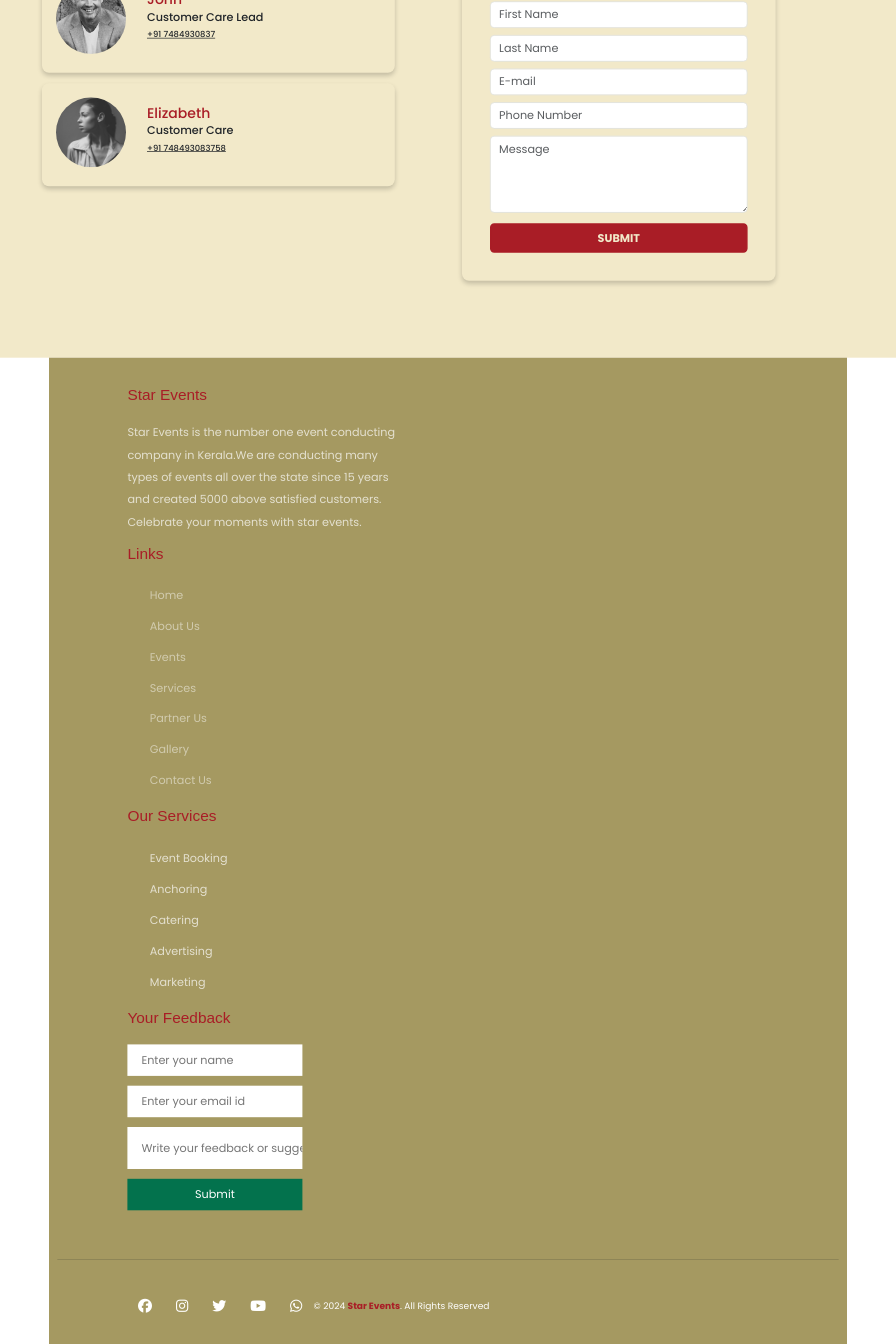
Repository: SharonSebastian32/Event-Management-System-
Page: index.html
The author's editor kept a copy of each file at every save. The page is drawn from the files as they stood at one save, then again after a run of saves.
The browser window is 1280 px wide. The pictures show the part of the page from y = 4490 to 6410 px (the page is 6410 px tall), at 70% of full size.
The pointer rests on the first visible `.footer-col .inputSubmit`.
A picture or video elsewhere on the page could not be fetched, so the positions and the page height are approximate. Some web libraries are served in a nearby version.

Above is the page before, as saved 2024-09-06 12:26:25.
Not found: assets/css/ContactUs.css

### index.html
<!DOCTYPE html>
<html lang="en">
  <head>
    <meta charset="UTF-8" />
    <meta name="viewport" content="width=device-width, initial-scale=1.0" />
    <link rel="icon" type="image/x-icon" href="./Assets/images/aa.png" />
    <title>Star Events</title>
    <link
      rel="stylesheet"
      href="https://cdnjs.cloudflare.com/ajax/libs/font-awesome/5.15.4/css/all.min.css"
    />
    <link rel="stylesheet" href="./Css/Styles.css" />

    <!-- conatct us  style -->
    <link rel="stylesheet" href="/assets/css/ContactUs.css" />
    <link
      href="https://cdn.jsdelivr.net/npm/bootstrap@5.3.0/dist/css/bootstrap.min.css"
      rel="stylesheet"
    />

    <!-- footer link  style   -->
    <link
      rel="stylesheet"
      href="https://cdnjs.cloudflare.com/ajax/libs/font-awesome/6.6.0/css/all.min.css"
      integrity="sha512-Kc323vGBEqzTmouAECnVceyQqyqdsSiqLQISBL29aUW4U/M7pSPA/gEUZQqv1cwx4OnYxTxve5UMg5GT6L4JJg=="
      crossorigin="anonymous"
      referrerpolicy="no-referrer"
    />
  </head>
  <body>
    <!-- hero section start -->
    <nav>
      <div class="nav-container">
        <div class="logo">
          <a href="#home">
            <img src="./Assets/images/aa.png" alt="Event Management Logo" />
          </a>
        </div>
        <ul class="nav-links">
          <li><a href="#home">HOME</a></li>
          <li><a href="#about">ABOUT US</a></li>
          <li><a href="#events-sect">EVENTS</a></li>
          <li><a href="#services">SERVICES</a></li>
          <li><a href="#partners us">PARTNERS US</a></li>
          <li><a href="#gallery">GALLERY</a></li>
          <li><a href="#contact-us">CONTACT US</a></li>
        </ul>
        <div class="sign-in">
          <a href="#login">SIGN IN</a>
        </div>
      </div>
    </nav>

    <!-- Section for Event Management Video -->
    <section class="video-section">
      <video autoplay muted loop>
        <source src="./Assets/videos/aa.mp4" type="video/mp4" />
        Your browser does not support the video tag.
      </video>
    </section>

    <!-- hero section end -->

    <!-- about us section  start-->
    <section id="about" class="about-us-section">
      <div class="about-container">
        <div class="about-text">
          <h2>ABOUT US</h2>
          <p>
            We are a leading event management company specializing in creating
            unforgettable experiences for our clients. With a team of passionate
            professionals, we bring ideas to life and turn your vision into
            reality.
          </p>
          <p>
            Whether it’s a corporate event, wedding, or private celebration, our
            attention to detail and personalized approach ensures that every
            event is a success.
          </p>
        </div>
        <div class="about-image">
          <img src="./Assets/images/about-us.jpg" alt="About Us" />
        </div>
      </div>
    </section>
    <!-- about us section  ends-->

    <!-- events section start -->

    <section id="events-sect" style="background-color: #f2e9c9">
      <center>
        <h1
          style="font-size: 45px; color: #a91d26; padding-top: 10px"
          data-aos="zoom-in"
        >
          EVENTS
        </h1>
        <form class="search-form" data-aos="flip-down">
          <input
            type="text"
            name="search"
            id="search"
            placeholder="Search events by name, category, price"
            data-aos="flip-down"
          />
          <button type="submit">Search</button>
        </form>
      </center>
      <div class="event-container" id="event-container">
        <!-- Event cards will be injected here by JavaScript -->
      </div>
      <div id="event-modal" class="modal" data-aos="fade-in">
        <div class="modal-content">
          <span class="close">&times;</span>
          <h2>Event Details</h2>
          <p id="event-description">Details will be displayed here.</p>
          <br />
          <a
            href="https://sharonsebastian32.github.io/razorpaypaymentgateway_implementation/"
            target="_blank"
          >
            <button class="view-details-btn">Register Now</button>
          </a>
        </div>
      </div>
    </section>

    <!-- events section end -->

    <!-- conatct us section -->
    <div class="container-fluid contact_us" id="contact-us">
      <h2>CONTACT-US</h2>
      <h6>Our team of customer care is ready to hear from you.</h6>

      <div class="row main_section">
        <div class="col-md-6 section1">
          <h3>Customer Care</h3>
          <p>
            Not sure where to start? Need help adding that extra mojo to your
            landing page? Just visit our
            <span>hepl center</span> or get in touch with us:
          </p>
          <div class="customer_care">
            <div class="customer_care_profile">
              <div class="profile_img">
                <img src="./Assets/images/men.jpg" alt="customer_care" />
              </div>
              <div class="profile_details">
                <h5>John</h5>
                <h6>Customer Care Lead</h6>
                <p>+91 7484930837</p>
              </div>
            </div>
            <div class="customer_care_profile">
              <div class="profile_img">
                <img src="./Assets/images/women.jpg" alt="customer_care" />
              </div>
              <div class="profile_details">
                <h5>Elizabeth</h5>
                <h6>Customer Care</h6>
                <p>+91 748493083758</p>
              </div>
            </div>
          </div>
        </div>
        <div class="col-md-6 section2">
          <h3>Reach out of us!</h3>
          <p>
            Got a question about us? Are you intereseted in partnering with us?
            Have some suggestions or just want to say Hi? Contact Us:
          </p>
          <form action="">
            <input
              class="form-control"
              type="text"
              name="first_name"
              placeholder="First Name"
              required
            />
            <input
              class="form-control"
              type="text"
              name="last_name"
              placeholder="Last Name"
              required
            />
            <input
              class="form-control"
              type="email"
              name="email"
              placeholder="E-mail"
              required
            />
            <input
              class="form-control"
              type="tel"
              name="phone"
              placeholder="Phone Number"
              required
            />
            <textarea
              class="form-control"
              name="message"
              id=""
              rows="4"
              placeholder="Message"
            ></textarea>
            <button class="btn">SUBMIT</button>
          </form>
        </div>
      </div>
    </div>
    <!-- contact us section -->

    <!-- footer section start -->
    <footer>
      <div class="container">
        <div class="row">
          <div class="footer-col">
            <h4>Star Events</h4>
            <p>
              Star Events is the number one event conducting <br />company in
              Kerala.We are conducting many <br />types of events all over the
              state since 15 years<br />
              and created 5000 above satisfied customers.<br />Celebrate your
              moments with star events.
            </p>
          </div>

          <div class="footer-col">
            <h4>Links</h4>
            <ul>
              <li><a href="">Home</a></li>
              <li><a href="">About Us</a></li>
              <li><a href="">Events</a></li>
              <li><a href="">Services</a></li>
              <li><a href="">Partner Us</a></li>
              <li><a href="">Gallery</a></li>
              <li><a href="">Contact Us</a></li>
            </ul>
          </div>

          <div class="footer-col">
            <h4>Our Services</h4>
            <ul>
              <li>Event Booking</li>
              <li>Anchoring</li>
              <li>Catering</li>
              <li>Advertising</li>
              <li>Marketing</li>
            </ul>
          </div>

          <div class="footer-col">
            <h4>Your Feedback</h4>
            <form action="">
              <input
                type="text"
                placeholder="Enter your name"
                class="inputname"
              />
              <input
                type="email"
                placeholder="Enter your email id"
                class="inputemail"
              />
              <input
                type="text"
                placeholder="Write your feedback or suggestions"
                class="inputfs"
              />
              <input type="submit" value="Submit" class="inputSubmit" />
            </form>
          </div>
        </div>
        <hr />
        <div class="row">
          <div class="col">
            <p>&#169;&nbsp;2024 <b>Star Events</b>. All Rights Reserved</p>
          </div>

          <div class="socialIcons">
            <a href=""><i class="fa-brands fa-facebook"></i></a>
            <a href=""><i class="fa-brands fa-instagram"></i></a>
            <a href=""><i class="fa-brands fa-twitter"></i></a>
            <a href=""><i class="fa-brands fa-youtube"></i></a>
            <a href=""><i class="fa-brands fa-whatsapp"></i></a>
          </div>
        </div>
      </div>
    </footer>
    <!-- footer setcion section end -->

    <script src="./Js/Scripts.js"></script>
    <script src="https://cdn.jsdelivr.net/npm/bootstrap@5.3.0/dist/js/bootstrap.bundle.min.js"></script>
  </body>
</html>

### Css/Styles.css
 @import url('https://fonts.googleapis.com/css2?family=Poppins:ital,wght@0,100;0,200;0,300;0,400;0,500;0,600;0,700;0,800;0,900;1,100;1,200;1,300;1,400;1,500;1,600;1,700;1,800;1,900&display=swap');

:root {
    --main-color: #d3ad7f;
    --black: #13131a;
    --bg: #010103;
    --border: .1rem solid rgba(255, 255, 255, .3);
}


body {
    margin: 0;
font-family: "Poppins"; }

nav {
    background-color: #f2e9c9;
    padding: 10px 20px;
}

.nav-container {
    display: flex;
    justify-content: space-between;
    align-items: center;
}

.logo img {
    height: 80px;
}

.nav-links {
    list-style-type: none;
    display: flex;
    margin: 0;
    padding: 0;
}

.nav-links li {
    margin: 0 20px;
}

.nav-links li a {
    color: #a91d26;
    text-decoration: none;
    font-weight: bold;
}

.nav-links li a:hover {
    color: #FFD700;
    /* Golden color */
}

.sign-in a {
    background-color: #FFD700;
    color: maroon;
    padding: 10px 20px;
    border-radius: 5px;
    text-decoration: none;
    font-weight: bold;
}

.sign-in a:hover {
    background-color: #FFA500;
    /* Darker golden shade */
    color: #233244;
}

/* Styling for Video Section */
.video-section {
    width: 100%;
    height: 100vh;
    /* Full viewport height */
    overflow: hidden;
    position: relative;
}

.video-section video {
    position: absolute;
    top: 0;
    left: 0;
    width: 100%;
    height: 100%;
    object-fit: cover;
    /* Ensures the video covers the entire container */
}





/* event css start */


 * {
     margin: 0;
     padding: 0;
     box-sizing: border-box;
     font-family: "Poppins";
 }


 body {
      background-color: rgb(255, 255, 220);
 }

 .event-container {
     display: flex;
     flex-direction: column;
     align-items: center;
     padding: 20px;
     width: 70%;

 }

 .event-card {
     display: flex;
     background-color: #ffffff;
     box-shadow: 0 4px 8px hwb(0 51% 46% / 0.926);
     border-radius: 10px;
     overflow: hidden;
     margin-bottom: 20px;
     width: 80%;
     max-width: 800px;
 }

 .event-card img {
     margin: 20px;
     width: 260px;
     height: 200px;
     object-fit: cover;
 }

 .event-details {
     padding: 20px;
     display: flex;
     flex-direction: column;
     justify-content: space-between;
 }

 .event-details h2 {
     font-size: 1.5em;
     margin-bottom: 10px;
 }

 .event-details p {
     margin-bottom: 8px;
     font-size: 0.95em;
 }

 .event-details a {
     color: #007BFF;
     text-decoration: none;
 }

 .event-details a:hover {
     text-decoration: underline;
 }

 .price,
 .date,
 .location {
     font-weight: bold;
 }

 .social-links a {
     margin-right: 10px;
     color: #555;
 }

 .social-links a:hover {
     color: #007BFF;
 }


 .search-form {
     display: flex;
     justify-content: center;
     align-items: center;
     margin: 20px 0;
 }

 .search-form input[type="text"] {
     padding: 10px;
     font-size: 16px;
     border: 2px solid #ccc;
     border-radius: 30px 0 0 30px;
     outline: none;
     width: 300px;
     transition: all 0.3s ease;
 }

 .search-form input[type="text"]:focus {
     border-color: #a91d26;
 }

 .search-form button {
     padding: 10px 20px;
     background-color: #a91d26;
     color: white;
     border: none;
     border-radius: 0 30px 30px 0;
     cursor: pointer;
     font-size: 16px;
     transition: background-color 0.3s ease;
 }

 .search-form button:hover {
     background-color: #480606;
 }

 .search-form button:focus {
     outline: none;
 }

 .view-details-btn {
     background-color: red;
     /* Red background */
     color: white;
     /* White text */
     padding: 5px 10px;
     /* Smaller padding */
     border: none;
     /* No border */
     cursor: pointer;
     /* Pointer on hover */
     font-size: 14px;
     /* Smaller font size */
     border-radius: 3px;
     /* Slightly rounded corners */
     margin-top: 10px;
     /* Margin at the top */
     transition: background-color 0.3s ease;
     /* Smooth hover transition */
 }

 .view-details-btn:hover {
     background-color: darkred;
     /* Darker red on hover */
 }



 /* The Modal (background) */
 .modal {
     display: none;
     /* Hidden by default */
     position: fixed;
     /* Stay in place */
     z-index: 1;
     /* Sit on top */
     left: 0;
     top: 0;
     width: 100%;
     /* Full width */
     height: 100%;
     /* Full height */
     background-color: rgba(0, 0, 0, 0.5);
     /* Black background with opacity */
 }

 /* Modal Content */
 .modal-content {
     background-color: white;
     margin: 10% auto;
     padding: 20px;
     border: 1px solid #888;
     width: 1000px;
     height: 400px;
     position: relative;
     box-shadow: 0 4px 8px rgba(0, 0, 0, 0.2);
 }

 /* Close Button */
 .close {
     color: #aaa;
     float: right;
     font-size: 28px;
     font-weight: bold;
     cursor: pointer;
 }

 .close:hover,
 .close:focus {
     color: black;
     text-decoration: none;
     cursor: pointer;
 }

/* event css end */



/* contact css start */
@import url('https://fonts.googleapis.com/css2?family=SUSE:wght@100..800&display=swap');

:root {
    --primary-color: #f2e9c9;
    --secondary-color: #233244;
    --ternay-color: #a91d26;
    --primary-font: "SUSE", sans-serif;
}

body {
    margin: 0;
    padding: 0;
    box-sizing: border-box;
    font-family: var(--primary-font);
}

.contact_us {
    background-color: var(--primary-color);
    min-height: 100vh;
    padding: 40px !important;
}

.contact_us>h2 {
    text-align: center;
    color: var(--ternay-color);
    font-weight: 700;
    letter-spacing: 3px;

}

.contact_us>h6 {
    text-align: center;
    color: var(--secondary-color);

}

.contact_us>.main_section {
    margin: 30px 0px;
    padding: 30px 0px;
}

.main_section>.section1 {
    padding: 10px 20px;
}

.main_section>.section1>h3 {
    color: var(--ternay-color);
    font-weight: 700;
}

.main_section>.section1>p {
    color: var(--secondary-color);
    font-weight: 400;
    font-size: 14px;
    max-width: 90%;
    margin-bottom: 30px;
}

.customer_care>.customer_care_profile {
    display: flex;
    padding: 20px;
    border-radius: 10px;
    margin: 15px 0px;
    max-width: 90%;
    box-shadow: 0px 4px 8px rgba(0, 0, 0, 0.2);
    cursor: pointer;
}

.customer_care>.customer_care_profile>.profile_img {
    margin-right: 30px;
    border-radius: 50%;
    width: 100px;
    height: 100px;
    overflow: hidden;

}

.customer_care>.customer_care_profile>.profile_img>img {
    object-fit: cover;
    width: 100%;
    height: 100%;
    filter: grayscale();
}

.customer_care>.customer_care_profile>.profile_details {
    margin: 10px 0px;
}

.customer_care>.customer_care_profile>.profile_details>h5 {
    color: var(--ternay-color);
    font-size: 20px;
    font-weight: 500;
    margin-bottom: 4px;
}

.customer_care>.customer_care_profile>.profile_details>h6 {
    margin-bottom: 6px;
    font-size: 16px;
}

.customer_care>.customer_care_profile>.profile_details>p {
    font-size: 12px;
    font-weight: 500;
    text-decoration: underline;

}

.main_section>.section2 {
    padding: 10px 20px;
}

.main_section>.section2>h3 {
    color: var(--ternay-color);
    font-weight: 700;
}

.main_section>.section2>p {
    color: var(--secondary-color);
    font-weight: 400;
    font-size: 14px;
    max-width: 90%;
    margin-bottom: 30px;
}

.main_section>.section2>form {
    display: flex;
    flex-direction: column;
    max-width: 80%;
    box-shadow: 0px 4px 8px rgba(0, 0, 0, 0.2);
    padding: 40px;
    border-radius: 10px;
}

.main_section>.section2>form>input {
    margin: 5px 0px;

}

.main_section>.section2>form>textarea {
    margin: 5px 0px;

}

.main_section>.section2>form>button {
    background-color: var(--ternay-color);
    color: var(--primary-color);
    margin-top: 10px;
    border: 2px solid var(--ternay-color);
    font-weight: bold;
    padding: 7px;
    transition: 0.4s ease-in-out;

}

.main_section>.section2>form>button:hover {
    background-color: var(--primary-color);
    color: var(--ternay-color);
}
 /* contact css end */




   /* About Us Section Styling */
   .about-us-section {
       display: flex;
       align-items: center;
       justify-content: center;
       padding: 50px 20px;
       background-color: #efefef;
   }

   .about-container {
       display: flex;
       flex-direction: row;
       align-items: center;
       justify-content: space-between;
       max-width: 1200px;
       width: 100%;
   }

   .about-text {
       flex: 1;
       margin-right: 20px;
       max-width: 600px;
       /* Limits the width of the text block */
   }

   .about-text h2 {
       font-size: 2.5rem;
       color: #333;
   }

   .about-text p {
       font-size: 1.1rem;
       color: #555;
       line-height: 1.6;
       text-align: justify;
       /* Makes the paragraph text aligned in a block */
       margin-bottom: 20px;
       /* Consistent space between paragraphs */
   }

   .about-image {
       flex: 1;
       text-align: right;
   }

   .about-image img {
       max-width: 100%;
       height: auto;
       border-radius: 10px;
   }




   /* footer section */
   footer .container {
       background-color: rgb(165, 153, 97);
   }

   .row {
       display: flex;
       justify-content: space-between;
       padding: 40px 100px;
   }

   .footer-col ul {
       list-style: none;
   }

   .footer-col h4 {
       color: #a91d26;
       margin-bottom: 25px;
       font-size: 22px;
       position: relative;
       font-family: 'Ubuntu', sans-serif;

   }

   .footer-col ul li {
       padding: 10px 0;

   }

   .footer-col ul li a {
       color: white;
       text-decoration: none;
       font-size: 16px;
       opacity: 0.7;
       transition: 0.5s;
   }

   .footer-col ul li a:hover {
       opacity: 1;
   }

   .footer-col ul li {
       color: white;
       text-decoration: none;
       font-size: 16px;
       opacity: 0.7;
       transition: 0.5s;
   }

   .footer-col p {
       color: white;
       text-decoration: none;
       font-size: 16px;
       opacity: 0.7;
       transition: 0.5s;
       line-height: 2;
   }

   .footer-col input {
       border: none;
       width: 250px;
       height: 45px;
       display: block;
       padding-left: 20px;
       margin: 14px 0px;
   }


   .footer-col .inputSubmit {
       padding: 0px 20px;
       background-color: rgb(75, 7, 7);
       border: none;
       color: white;
   }

   .footer-col .inputSubmit:hover {
       background-color: rgb(3, 114, 77);
       ;

   }

   .footer-col .inputfs:hover {
       background-color: rgb(254, 254, 254);

   }

   .footer-col .inputemail:hover {
       background-color: rgb(255, 255, 255);

   }

   .footer-col .inputname:hover {
       background-color: rgb(255, 255, 255);

   }



   .footer-col .inputfs {
       height: 60px;
   }

   .col p {
       color: white;
       position: absolute;
       left: 35%;
       font-size: small;

   }

   .col p b {
       color: #a91d26;
   }

   .row hr {
       opacity: 0.7s;
   }

   .row .socialIcons i {
       display: inline-block;
       color: white;
       font-size: 20px;
       margin: 0 15px;
       transition: 0.5s;
   }

### Js/Scripts.js
document.addEventListener("DOMContentLoaded", () => {
  fetch("../json/events.json")
    .then((response) => response.json())
    .then((data) => renderEvents(data))
    .catch((error) => console.error("Error loading events:", error));

  const modal = document.getElementById("event-modal");
  const closeBtn = document.querySelector(".close");

  closeBtn.onclick = function () {
    modal.style.display = "none";
  };

  window.onclick = function (event) {
    if (event.target === modal) {
      modal.style.display = "none";
    }
  };
});

function renderEvents(events) {
  const eventContainer = document.getElementById("event-container");
  events.forEach((event) => {
    const eventCard = document.createElement("div");
    eventCard.classList.add("event-card");

    eventCard.innerHTML = `
      <img src="${event.thumbnail}" alt="${event.eventName}">
      <div class="event-details">
        <h2>${event.eventName}</h2>
        <p class="date"><strong>Date:</strong> ${new Date(
          event.date
        ).toLocaleDateString()}</p>
        <p class="time"><strong>Time:</strong> ${new Date(
          event.startTime
        ).toLocaleTimeString()} - ${new Date(
      event.endTime
    ).toLocaleTimeString()}</p>
        <p class="location"><strong>Location:</strong> ${
          event.location.venueName
        }, ${event.location.city}, ${event.location.state}, ${
      event.location.country
    }</p>
        <p class="price"><strong>Price:</strong> ₹${event.price.basePrice}</p>
        <button class="view-details-btn">View Details</button>
      </div>
    `;

    eventContainer.appendChild(eventCard);

    const viewDetailsBtn = eventCard.querySelector(".view-details-btn");
    viewDetailsBtn.addEventListener("click", () => {
      document.getElementById(
        "event-description"
      ).textContent = `More details about ${event.eventName}...`;
      document.getElementById("event-modal").style.display = "block";
    });
  });
}

Loaded but not shown: json/events.json (837 lines, source omitted)

After the next 2 saves:
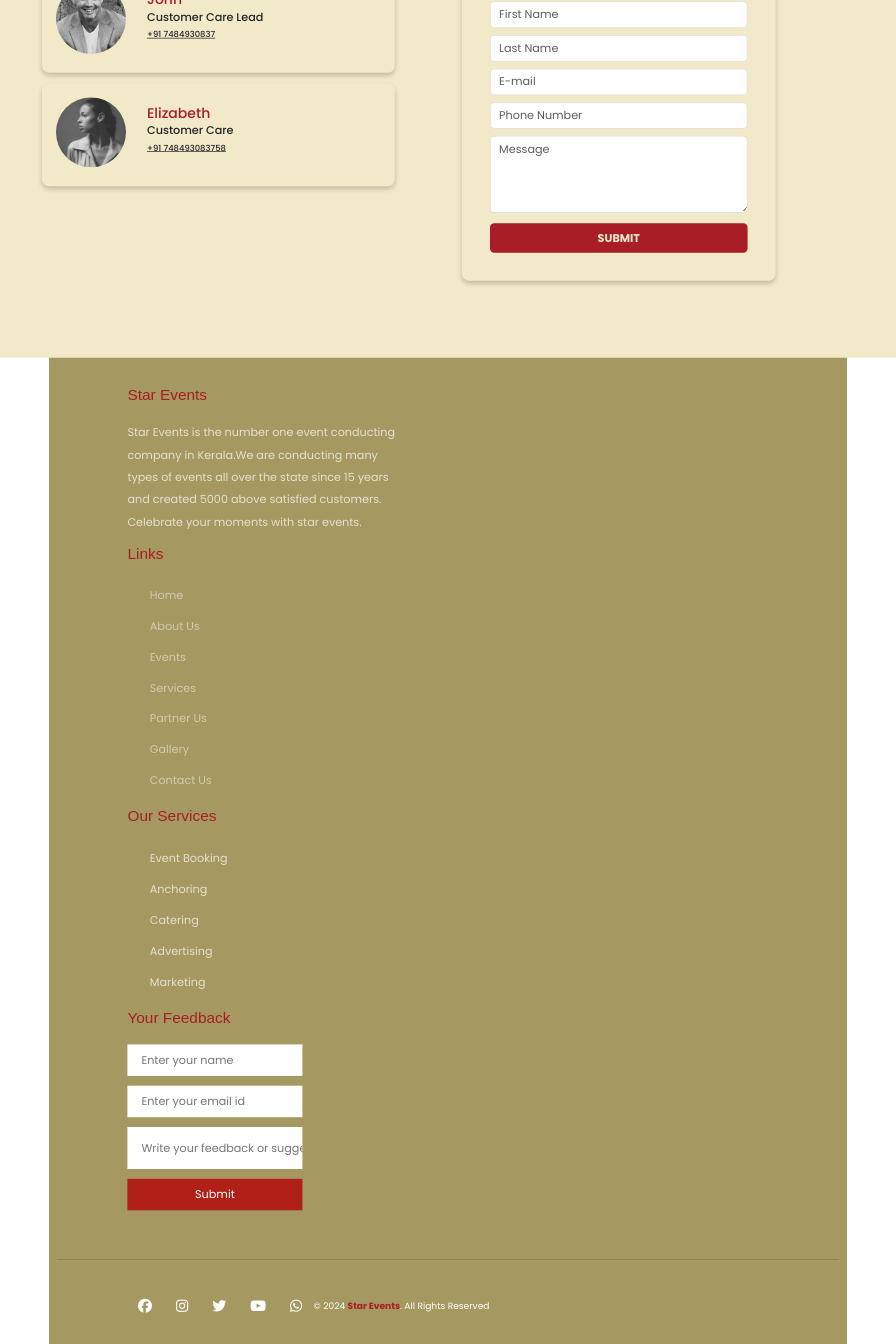
The 2 saves are shown as one change because they came seconds apart.
The last was saved 17 s later.
--- a/Css/Styles.css
+++ b/Css/Styles.css
@@ -583,7 +583,7 @@
    }
 
    .footer-col .inputSubmit:hover {
-       background-color: rgb(3, 114, 77);
+       background-color: rgb(177, 32, 22);
        ;
 
    }
